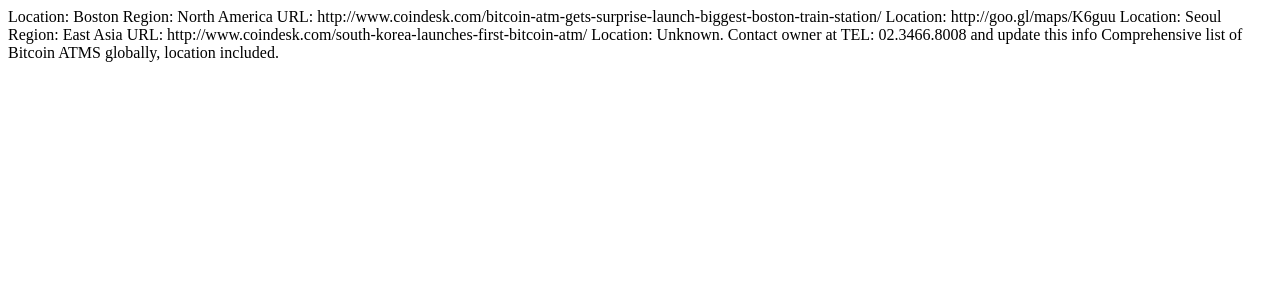
Repository: bitcoinmeetups/bitcoinmeetups.github.com
Page: BitcoinATMS.html
The author's editor kept a record of every edit. The page is drawn from the files as they stood at one moment, then again after the next edit.
The browser window is 1280 px wide. The pictures show the whole page.

Above is the page before.

### BitcoinATMS.html
Location: Boston
Region: North America
URL: http://www.coindesk.com/bitcoin-atm-gets-surprise-launch-biggest-boston-train-station/
Location: http://goo.gl/maps/K6guu

Location: Seoul
Region: East Asia
URL: http://www.coindesk.com/south-korea-launches-first-bitcoin-atm/
Location: Unknown. Contact owner at TEL: 02.3466.8008 and update this info</td>

Comprehensive list of Bitcoin ATMS globally, location included.

After the next edit:
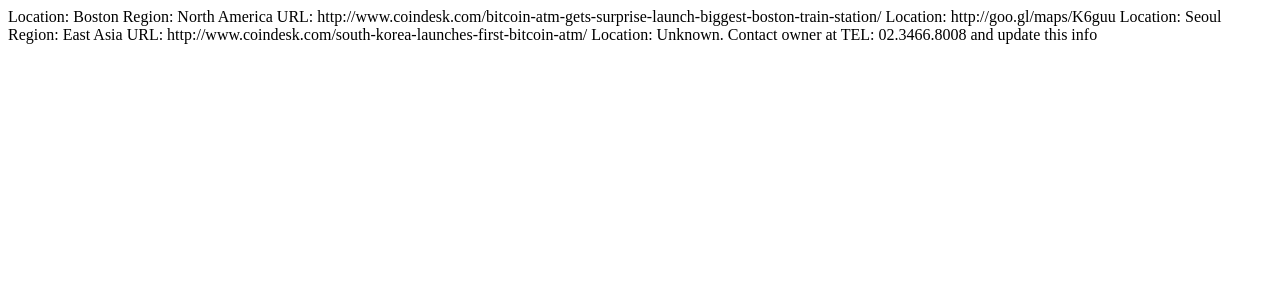
The edit:
--- a/BitcoinATMS.html
+++ b/BitcoinATMS.html
@@ -6,6 +6,4 @@
 Location: Seoul
 Region: East Asia
 URL: http://www.coindesk.com/south-korea-launches-first-bitcoin-atm/
-Location: Unknown. Contact owner at TEL: 02.3466.8008 and update this info</td>
-
-Comprehensive list of Bitcoin ATMS globally, location included.
+Location: Unknown. Contact owner at TEL: 02.3466.8008 and update this info
